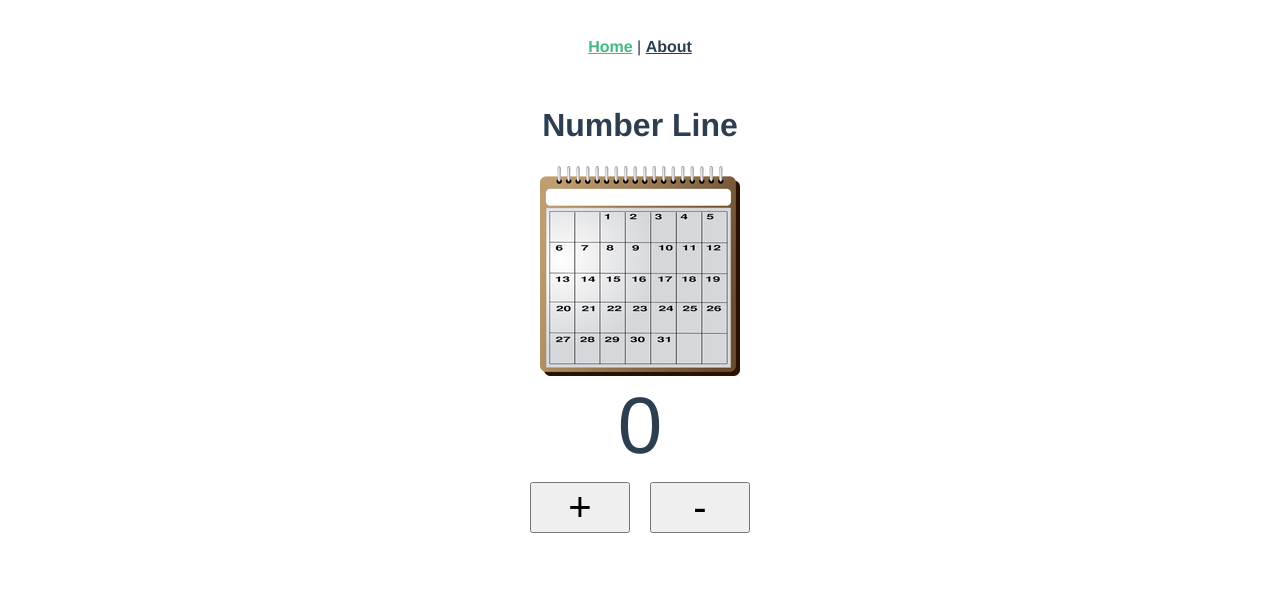
Repository: collegedude9300/numberline
Page: /
These files come from the project's save history. The page is drawn as it stood at one moment and after the next save; the edit follows.
The browser window is 1280 px wide. The pictures show the whole page.
The project was rebuilt for these pictures with package versions that can differ from the ones it lists, and the page was loaded fresh each time. Also part of the build but not shown: vue.config.js.

Above is the page before, as saved 2023-07-02 20:18:11.

### src/store/index.js
import { createStore } from 'vuex'
import axios from 'axios'
export default createStore({
  state: {
    counter: 0
  },
  mutations: {
    increaseCounter(state, randomNumber){
      state.counter += randomNumber
    },
    decreaseCounter(state){
      state.counter -= randomNumber
    }
  },
  actions: {
    increaseCounter({commit}){
      console.log('increaseCounter(action)')
      axios('https://www.random.org/integers/?num=1&min=1&max=6&col=1&base=10&format=plain&rnd=new').then(response =>{
      commit('increaseCounter',response.data)
      })
    },
    decreaseCounter({commit}){
      console.log('decreaseCounter(action)')
      axios('https://www.random.org/integers/?num=1&min=1&max=6&col=1&base=10&format=plain&rnd=new').then(response =>{
      commit('decreaseCounter',response.data)
      })
    }
  },
  getters: {
  },
  modules: {
  }
})

### src/views/HomeView.vue
<template>
  <div class="home">
    <h1>Number Line</h1>
    <img alt="Vue logo" src="../assets/schedule.png">
    <div class="counter">
      {{ $store.state.counter }}
    </div>
    <div class="counter-squared">




      </div>
    <div class="buttons">
      <button @click ="$store.dispatch('increaseCounter')">+</button>
      <button @click="$store.dispatch('decreaseCounter')">-</button>
      </div>
  </div>
</template>

<script>
export default {
  name: 'Home',
}
</script>
<style>
div{
  margin-bottom: 10px;
}
.counter{
  font-size: 80px;
  text-align: center;
}
.buttons button{
font-size: 40px;
width: 100px;
margin: 0 10px;

}
</style>

Loaded but not shown: public/index.html (common file); src/main.js (common file); src/App.vue (common file); src/router/index.js (common file)

After the next save:
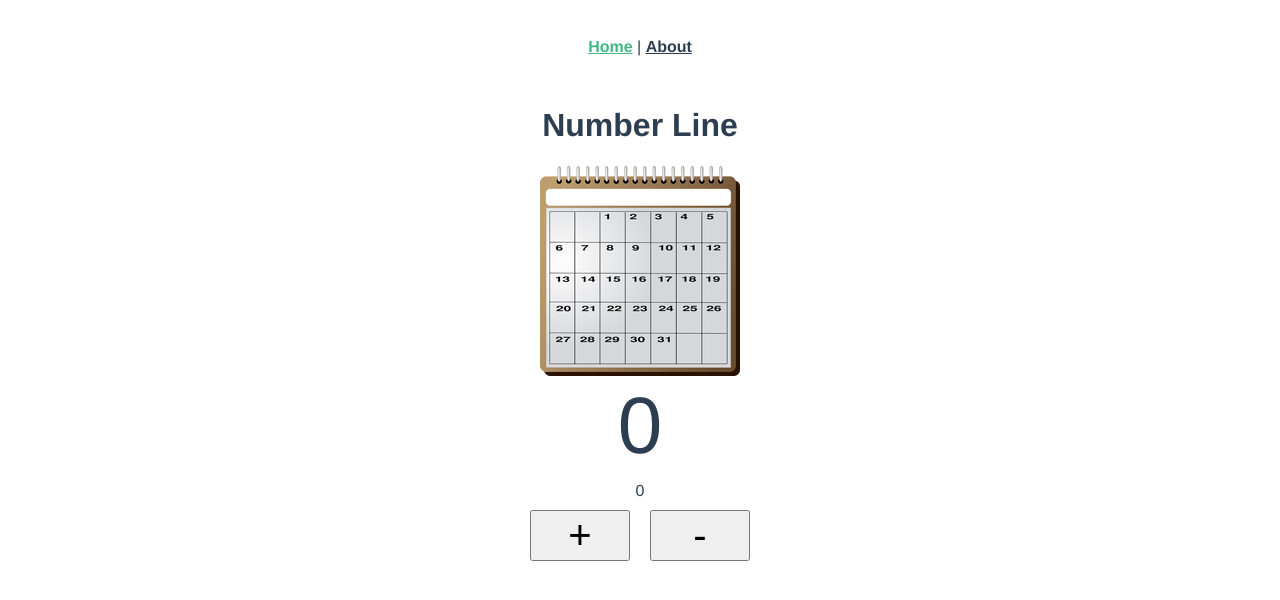
Saved 27 s later.
--- a/src/views/HomeView.vue
+++ b/src/views/HomeView.vue
@@ -6,7 +6,7 @@
       {{ $store.state.counter }}
     </div>
     <div class="counter-squared">
-
+      {{ $store.state.counter }}
 
 
 
